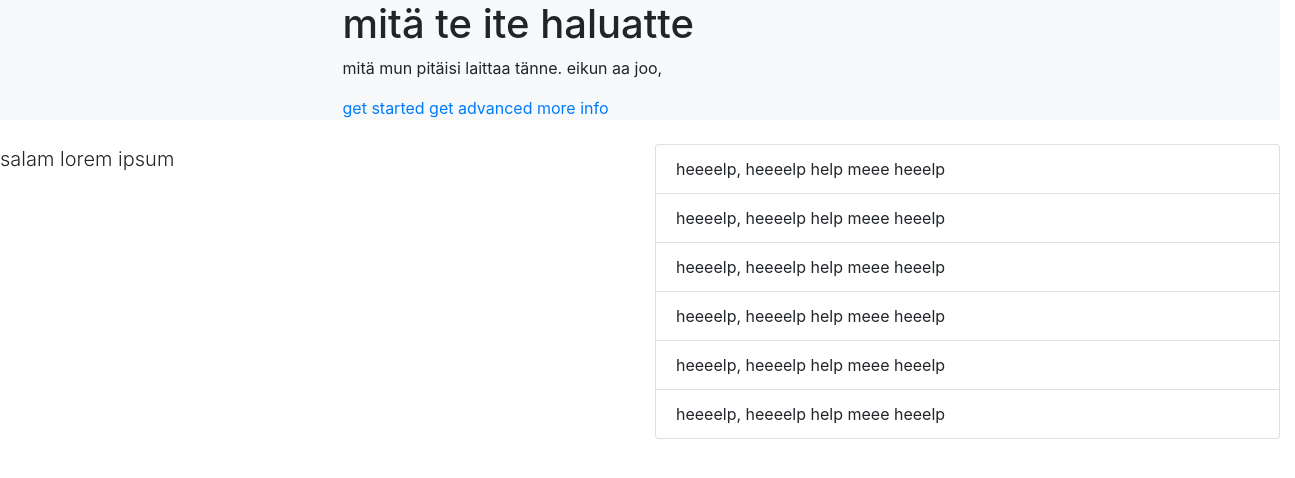
Repository: jessehapuli/jessehapuli.github.io
Page: Bootstrap/index.html
An editor plug-in stored every save of this project. The page is shown before and after the next save, followed by the edit.
The browser window is 1280 px wide. The page is 1295 px wide, so the pictures cover 1295 px, including what lies to the right of the window. The pictures show the whole page.

Above is the page before, as saved 2024-04-24 10:23:39.

After the next save:
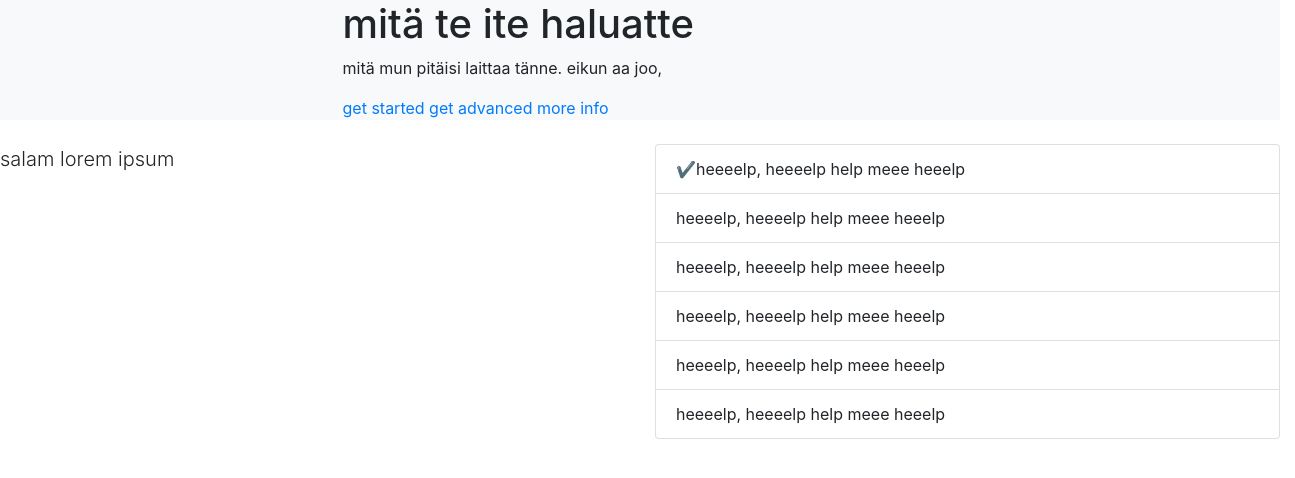
Saved 7 min 44 s later.
--- a/Bootstrap/index.html
+++ b/Bootstrap/index.html
@@ -31,7 +31,7 @@
         </div>
         <div class="col-md-6">
           <ul class="list-group">
-            <li class="list-group-item">heeeelp, heeeelp help meee heeelp</li>
+            <li class="list-group-item"><span>&#10004;</span>heeeelp, heeeelp help meee heeelp</li>
             <li class="list-group-item">heeeelp, heeeelp help meee heeelp</li>
             <li class="list-group-item">heeeelp, heeeelp help meee heeelp</li>
             <li class="list-group-item">heeeelp, heeeelp help meee heeelp</li>
